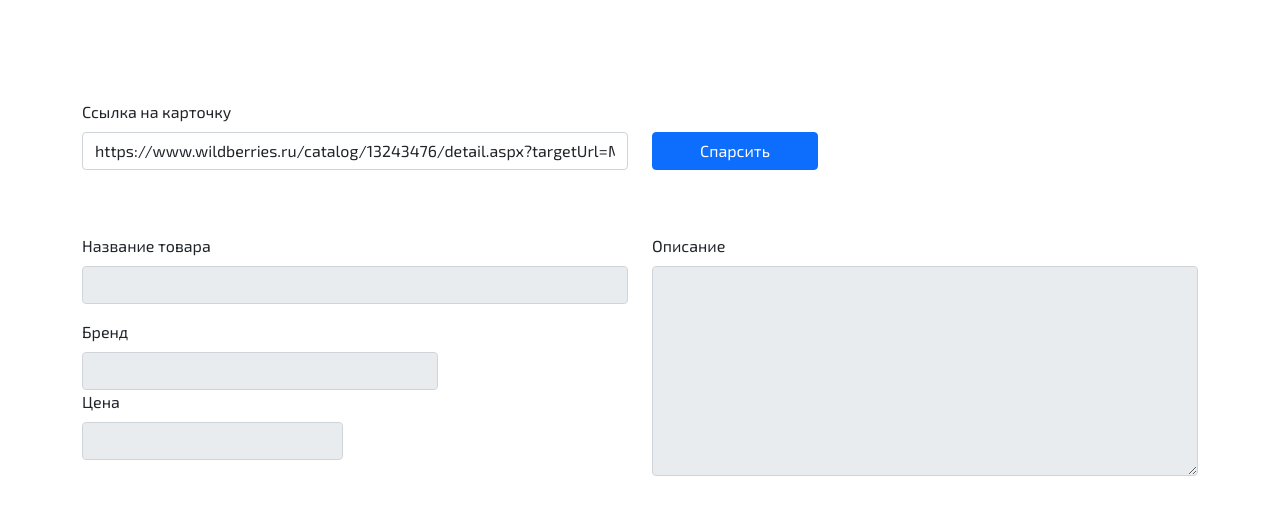
Repository: yozuul/wildberries-product-card-parser-api-exchange
Page: public/panel.html
An editor plug-in stored every save of this project. The page is shown before and after the next save, followed by the edit.
The browser window is 1280 px wide. The pictures show the whole page.

Above is the page before, as saved 2021-08-20 06:44:10.

After the next save:
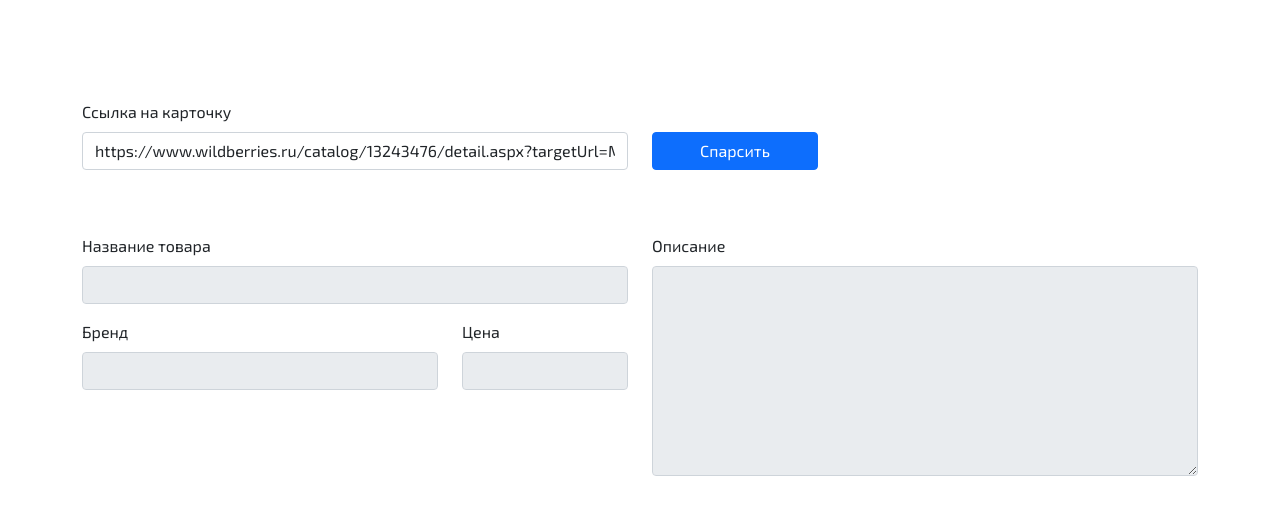
Saved 7 s later.
--- a/public/panel.html
+++ b/public/panel.html
@@ -66,7 +66,7 @@
                   <input type="text" class="form-control" id="productBrand" readonly>
                    </select>
                </div>
-               <div class="col-6">
+               <div class="col-4">
                   <label for="productTnved" class="form-label">Цена</label>
                   <input type="text" class="form-control" id="productPrice" readonly>
                    </select>
